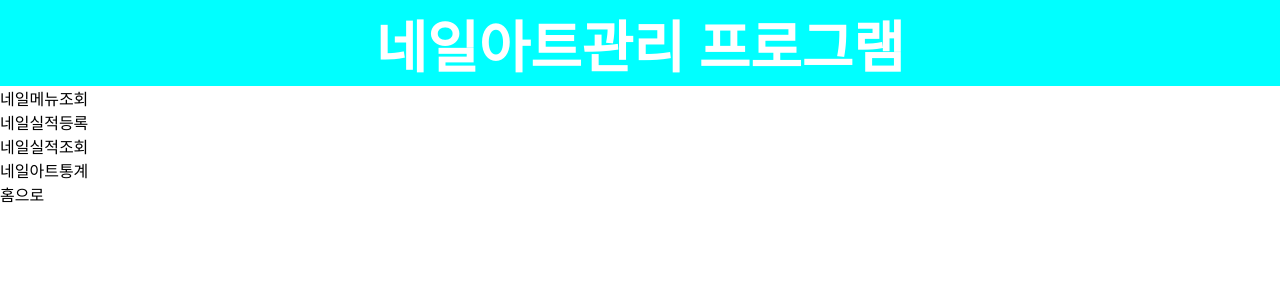
Repository: balhyo-younjisang/DigitechJSP
Page: http://localhost/NailArt/
These files come from the project's save history. The page is drawn as it stood at one moment and after the next save; the edit follows.
The browser window is 1280 px wide. The pictures show the whole page.
The page is served by Tomcat 9. Other server files are loaded and not shown.

Above is the page before, as saved 2025-04-14 08:32:03.

### pizza0403/NailArt/src/main/webapp/index.jsp
<%@ page language="java" contentType="text/html; charset=UTF-8"
    pageEncoding="UTF-8"%>
<!DOCTYPE html>
<html>
<head>
<meta charset="UTF-8">
<title>네일아트 관리 프로그램</title>
<link rel="stylesheet" href="./css/style.css">
</head>
<body>
	<%@ include file="./component/header.jsp" %>
</body>
</html>

### pizza0403/NailArt/src/main/webapp/component/header.jsp
<%@ page language="java" contentType="text/html; charset=UTF-8"
    pageEncoding="UTF-8"%>
<header>
	<div>
		<h1>네일아트관리 프로그램</h1>
	</div>
	<nav>
		<ul class="gnb">
			<li><a href="menu.jsp">네일메뉴조회</a></li>
			<li><a href="register.jsp">네일실적등록</a></li>
			<li><a href="price.jsp">네일실적조회</a></li>
			<li><a href="data.jsp">네일아트통계</a></li>
			<li><a href="index.jsp">홈으로</a></li>
		</ul>
	</nav>
</header>

### pizza0403/NailArt/src/main/webapp/css/style.css
@charset "UTF-8";

* {
	margin: 0;
	padding: 0;
	box-sizing: border-box;
}

a {
	text-decoration: none;
	color: inherit;
}

ul, li {
	list-style: none;
}

header {
	width: 100vw;
	height: 18vh;
}

header div {
	width: 100%;
	height: 12vh;
	display: flex;
	align-items: center;
	justify-content: center;
	font-size: 28px;
	font-weight: bold;
	color: white;
	background-color: aqua;
}

After the next save:
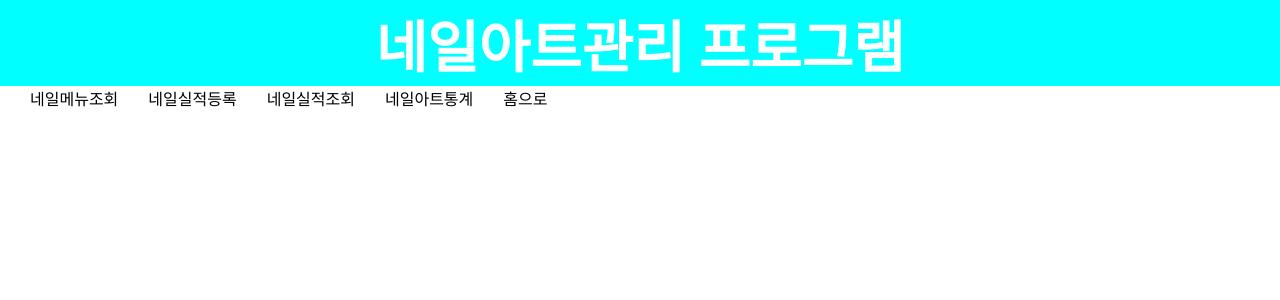
Saved 33 s later.
--- a/pizza0403/NailArt/src/main/webapp/css/style.css
+++ b/pizza0403/NailArt/src/main/webapp/css/style.css
@@ -31,3 +31,10 @@ header div {
 	color: white;
 	background-color: aqua;
 }
+
+header .gnb {
+	display: flex;
+	padding-left: 30px;
+	gap: 30px;
+	align-items: center;
+}
